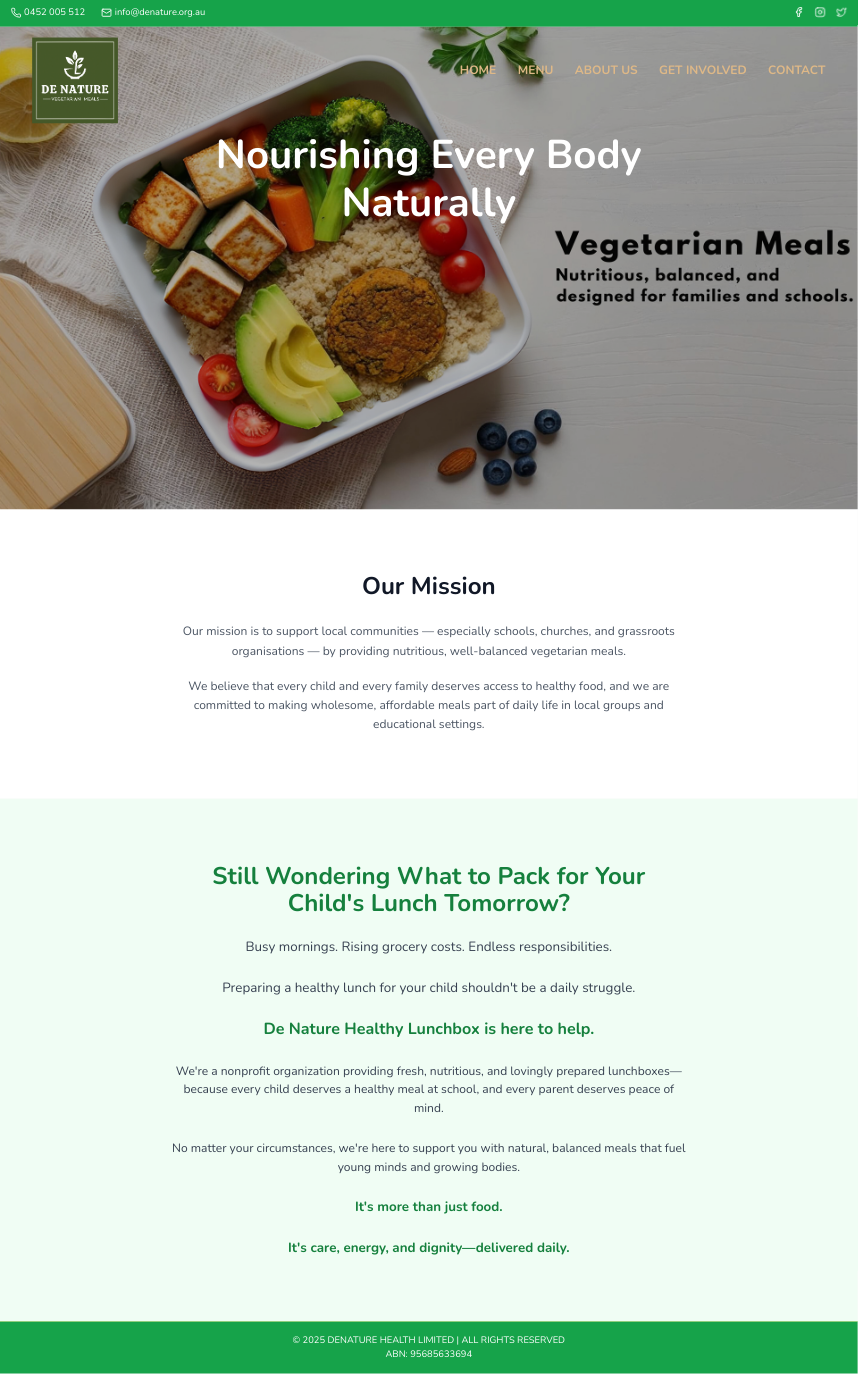
Repository: sunnyyan01/denature-website
Page: /
The author's editor kept a copy of each file at every save. The page is drawn from the files as they stood at one save, then again after the next save.
The browser window is 1280 px wide. The pictures show the whole page, at 67% of full size.
The project was rebuilt for these pictures with package versions that can differ from the ones it lists, and the page was loaded fresh each time. The framework's server and built-in components were replaced by stand-ins that run in the browser. Also part of the build but not shown: next.config.js.

Above is the page before, as saved 2025-05-12 22:02:08.

After the next save:
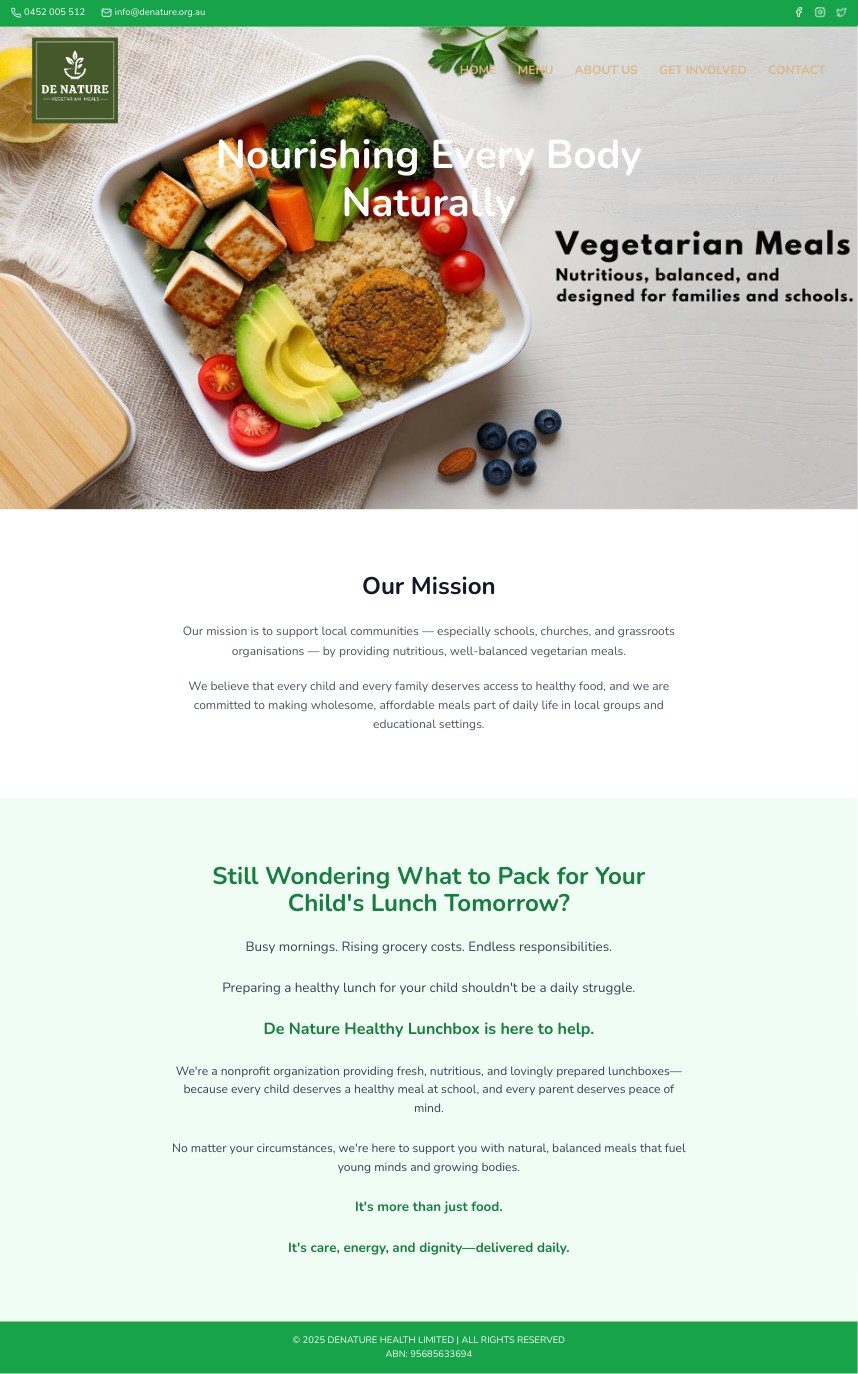
Saved 2 min 2 s later.
--- a/src/app/page.tsx
+++ b/src/app/page.tsx
@@ -33,7 +33,6 @@
       {/* Hero Section */}
       <section className="relative h-[100vh] w-full">
         <div className="absolute inset-0 bg-[url('/images/hero-bg.jpg')] bg-cover bg-center">
-          <div className="absolute inset-0 bg-black/30"></div>
         </div>
         <div className="relative container mx-auto px-4 h-screen flex items-start pt-32">
           <div className="max-w-6xl mx-auto w-full pt-8">
